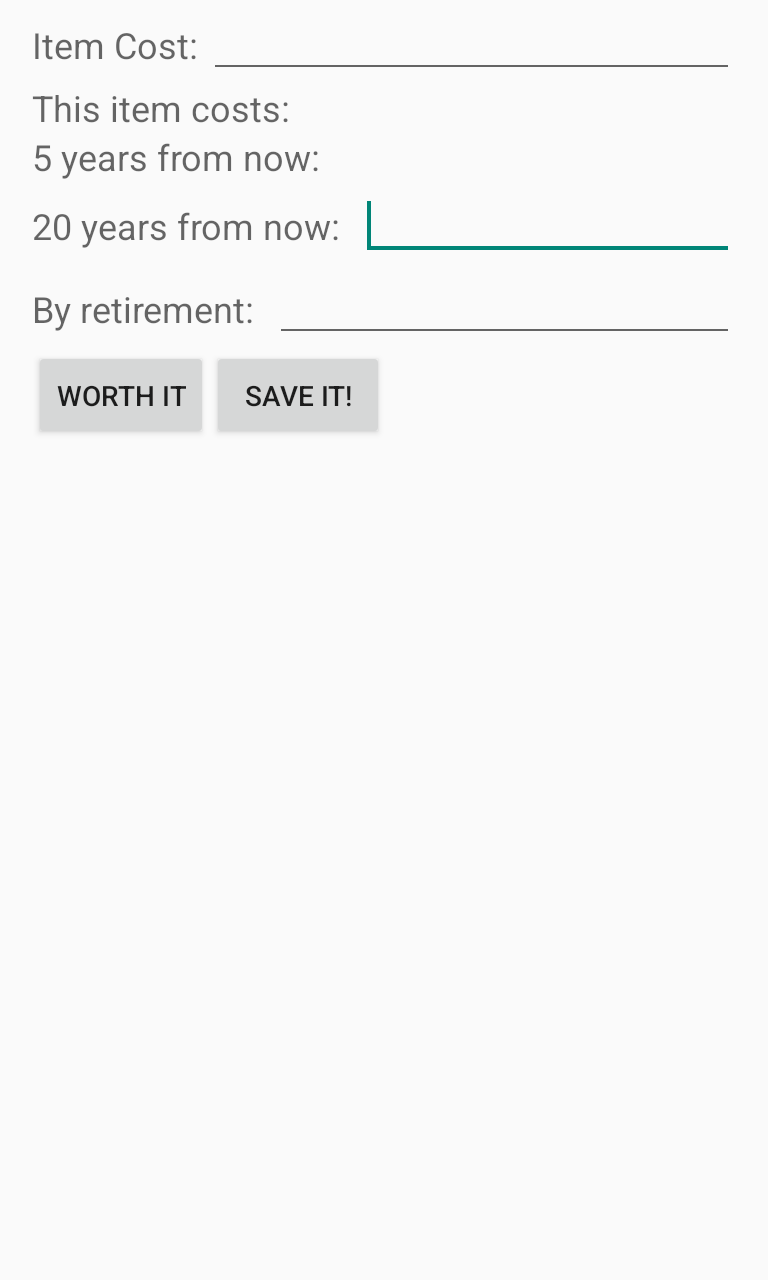
Repository: aallev11/saveit
Layout: ShouldISaveIt/res/layout/activity_main.xml
The author's editor kept a copy of each file at every save. The layout is drawn from the files as they stood at one save, then again after the next save.
It is drawn on a 768 x 1280 px phone screen (xhdpi) without system bars, with theme AppTheme; the app's code is not run.

Above is the layout before, as saved 2014-03-29 21:34:37.

### ShouldISaveIt/res/layout/activity_main.xml
<FrameLayout xmlns:android="http://schemas.android.com/apk/res/android"
    xmlns:tools="http://schemas.android.com/tools"
    android:id="@+id/container"
    android:layout_width="match_parent"
    android:layout_height="match_parent"
    tools:context="com.example.shouldisaveit.MainActivity"
    tools:ignore="MergeRootFrame" >

    <LinearLayout
        android:layout_width="fill_parent"
        android:layout_height="fill_parent"
        android:orientation="vertical"
        android:paddingLeft="16dp"
        android:paddingRight="16dp" >

        <LinearLayout
            android:layout_width="fill_parent"
            android:layout_height="wrap_content"
            android:orientation="horizontal" >

            <TextView
                android:id="@+id/itemCost"
                android:layout_width="wrap_content"
                android:layout_height="wrap_content"
                android:text="Item Cost: "
                android:textAppearance="?android:attr/textAppearanceMedium" />

            <EditText
                android:id="@+id/editItemCost"
                android:layout_width="match_parent"
                android:layout_height="wrap_content"
                android:ems="10"
                android:inputType="numberDecimal"
                android:onClick="changeTextValue"
                android:width="40dp" >

                <requestFocus />
            </EditText>
        </LinearLayout>

        <TextView
            android:layout_width="fill_parent"
            android:layout_height="wrap_content"
            android:text="This item costs:  "
            android:textAppearance="?android:attr/textAppearanceMedium" />

        <LinearLayout
            android:layout_width="fill_parent"
            android:layout_height="wrap_content"
            android:orientation="horizontal" >

            <TextView
                android:layout_width="wrap_content"
                android:layout_height="wrap_content"
                android:text="5 years from now:  "
                android:textAppearance="?android:attr/textAppearanceMedium" />

            <TextView
                android:id="@+id/edit5years"
                android:layout_width="match_parent"
                android:layout_height="wrap_content"
                android:ems="10"
                android:width="40dp" >
            </TextView>
        </LinearLayout>

        <LinearLayout
            android:layout_width="fill_parent"
            android:layout_height="wrap_content"
            android:orientation="horizontal" >

            <TextView
                android:layout_width="wrap_content"
                android:layout_height="wrap_content"
                android:text="20 years from now:  "
                android:textAppearance="?android:attr/textAppearanceMedium" />

            <EditText
                android:id="@+id/edit20years"
                android:layout_width="match_parent"
                android:layout_height="wrap_content"
                android:ems="10"
                android:inputType="number"
                android:onClick="changeTextValue"
                android:width="40dp" >

                <requestFocus />
            </EditText>
        </LinearLayout>

        <LinearLayout
            android:layout_width="fill_parent"
            android:layout_height="wrap_content"
            android:orientation="horizontal" >

            <TextView
                android:layout_width="wrap_content"
                android:layout_height="wrap_content"
                android:text="By retirement:  "
                android:textAppearance="?android:attr/textAppearanceMedium" />

            <EditText
                android:id="@+id/editByRetirement"
                android:layout_width="match_parent"
                android:layout_height="wrap_content"
                android:ems="10"
                android:inputType="number"
                android:onClick="changeTextValue"
                android:width="40dp" >
            </EditText>
        </LinearLayout>

        <LinearLayout
            android:layout_width="fill_parent"
            android:layout_height="wrap_content"
            android:orientation="horizontal" >

            <Button
                android:id="@+id/worthIt"
                android:layout_width="wrap_content"
                android:layout_height="wrap_content"
                android:onClick="worthIt"
                android:text="Worth It" />

            <Button
                android:id="@+id/saveIt"
                android:layout_width="wrap_content"
                android:layout_height="wrap_content"
                android:text="Save It!" />
        </LinearLayout>
    </LinearLayout>

</FrameLayout>

Loaded but not shown: ShouldISaveIt/res/values/styles.xml (common file); ShouldISaveIt/res/values-v11/styles.xml (common file); ShouldISaveIt/res/values-v14/styles.xml (common file)

After the next save:
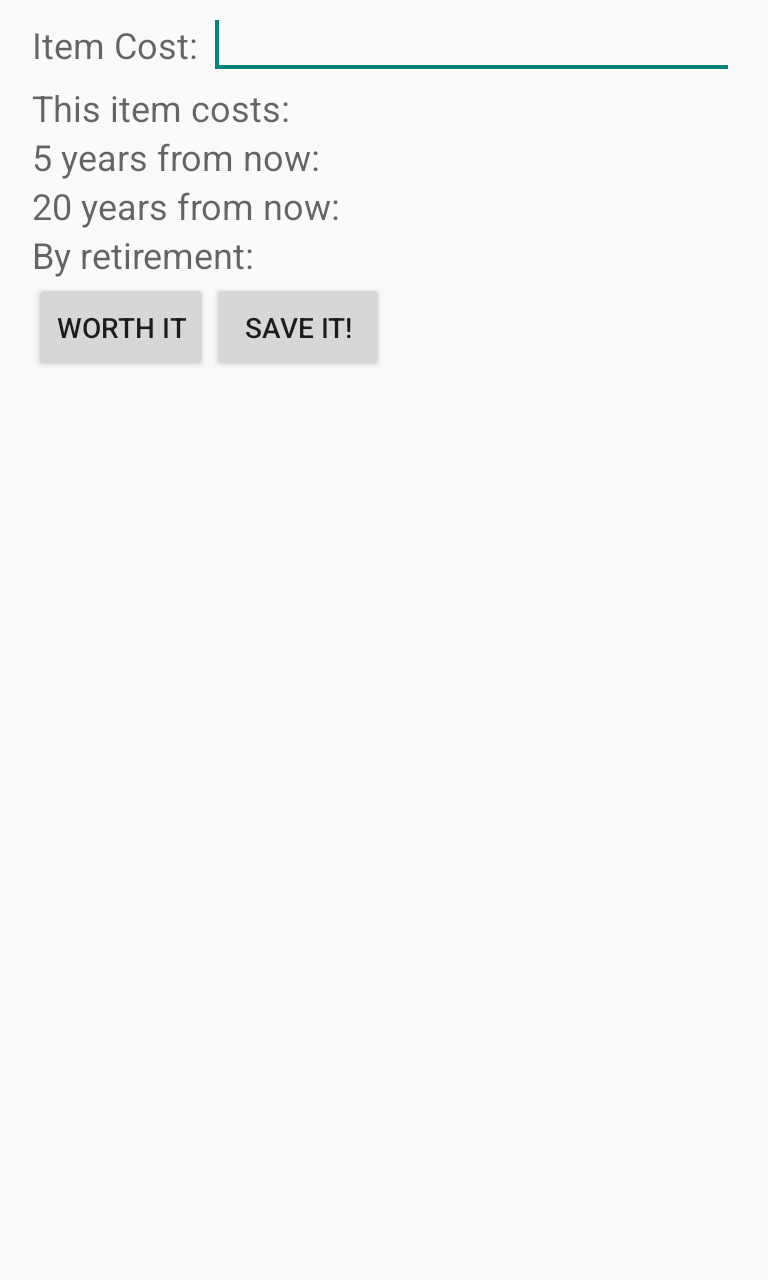
Saved 38 s later.
--- a/ShouldISaveIt/res/layout/activity_main.xml
+++ b/ShouldISaveIt/res/layout/activity_main.xml
@@ -75,17 +75,13 @@
                 android:text="20 years from now:  "
                 android:textAppearance="?android:attr/textAppearanceMedium" />
 
-            <EditText
+            <TextView
                 android:id="@+id/edit20years"
                 android:layout_width="match_parent"
                 android:layout_height="wrap_content"
                 android:ems="10"
-                android:inputType="number"
-                android:onClick="changeTextValue"
                 android:width="40dp" >
-
-                <requestFocus />
-            </EditText>
+            </TextView>
         </LinearLayout>
 
         <LinearLayout
@@ -99,15 +95,13 @@
                 android:text="By retirement:  "
                 android:textAppearance="?android:attr/textAppearanceMedium" />
 
-            <EditText
+            <TextView
                 android:id="@+id/editByRetirement"
                 android:layout_width="match_parent"
                 android:layout_height="wrap_content"
                 android:ems="10"
-                android:inputType="number"
-                android:onClick="changeTextValue"
                 android:width="40dp" >
-            </EditText>
+            </TextView>
         </LinearLayout>
 
         <LinearLayout
